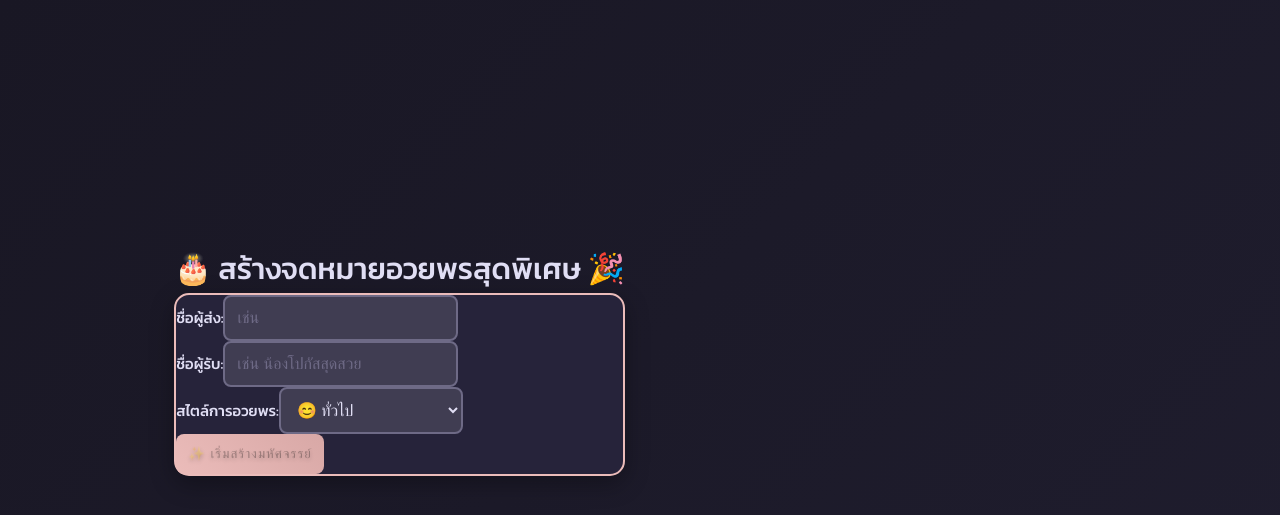
Repository: Jinwoo290350/Word_HBD
Page: /
An editor plug-in stored every save of this project. The page is shown before and after a run of saves, followed by the edit.
The browser window is 1280 px wide. The pictures show the whole page.
The project was rebuilt for these pictures with package versions that can differ from the ones it lists, and the page was loaded fresh each time. Also part of the build but not shown: vite.config.js.

Above is the page before, as saved 2025-03-28 22:46:24.

After the next 3 saves:
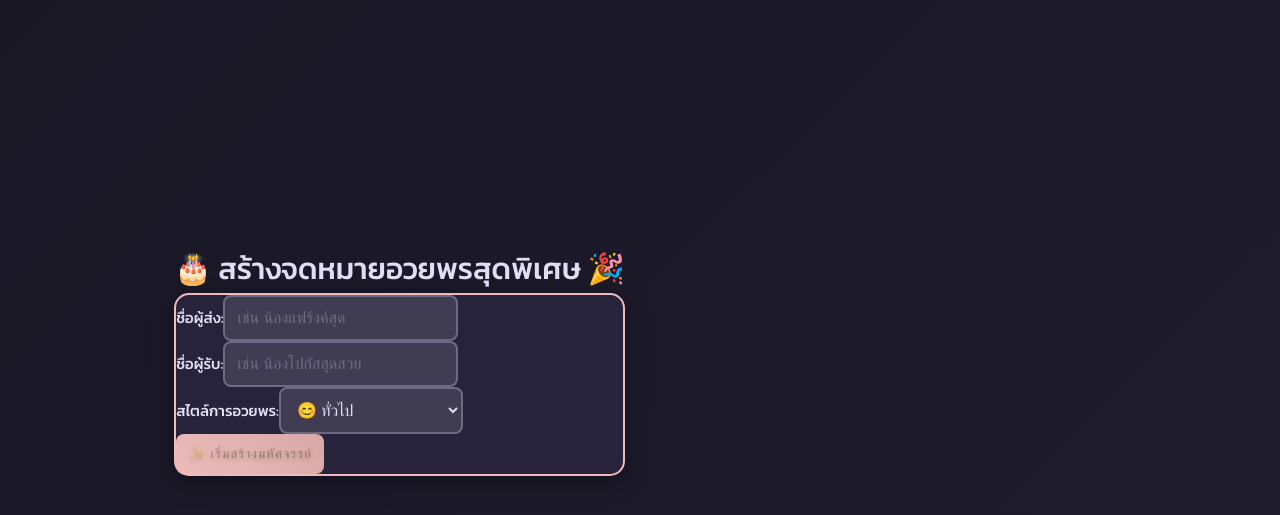
The 3 saves are shown as one change because they came seconds apart.
The last was saved 9 s later.
--- a/src/App.vue
+++ b/src/App.vue
@@ -8,7 +8,7 @@
           v-model="senderName"
           type="text"
           class="form-control"
-          placeholder="เช่น "
+          placeholder="เช่น น้องแฟร้งค์สุด"
         >
       </div>
 
